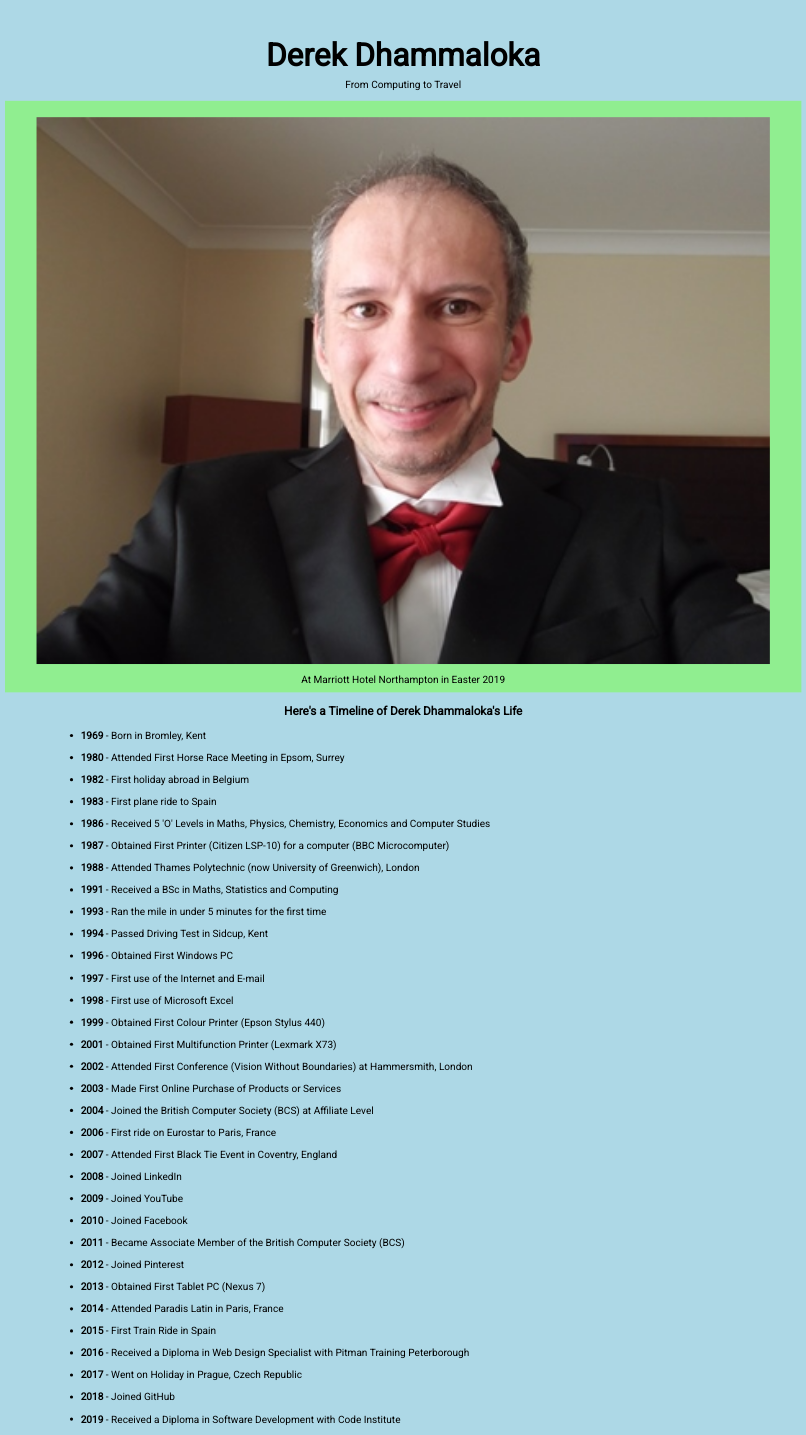
Repository: derektypist/tribute-page
Page: index.html
The author's editor kept a record of every edit. The page is drawn from the files as they stood at one moment, then again after the next edit.
The browser window is 1280 px wide. The pictures show the whole page, at 63% of full size.

Above is the page before.

### index.html
<!DOCTYPE html>
<html lang="en">

<head>
    <meta charset="UTF-8">
    <meta name="viewport" content="width=device-width, initial-scale=1.0">
    <meta http-equiv="X-UA-Compatible" content="ie=edge">
    <title>Derek Dhammaloka Tribute Page</title>
    <!-- Load Style Sheets -->
    <link href="https://fonts.googleapis.com/css?family=Roboto&display=swap" rel="stylesheet">
    <style>
        /* Main Styles */

        #main {
            font-family: "Roboto", Arial, Verdana, sans-serif;
            background-color: lightblue;
            text-align: center;
        }


        /* Title */

        #title {
            font-weight: 700;
            font-size: 50px;
            position: relative;
            top: 25px;
        }


        /* Images */

        #img-div {
            background-color: lightgreen;
            padding: 10px;
        }

        #image {
            width: 100%;
            display: block;
            height: auto;
        }

        #img-caption {
            position: relative;
            top: 15px;
        }

        /* Tribute Info */

        #tribute-info {
            text-align: left;
            margin-left: 80px;
        }
    </style>
</head>

<body id="main">
    <!-- Set Header Element -->
    <header>
        <h1 id="title">Derek Dhammaloka</h1>
        <p>From Computing to Travel</p>
    </header>

    <!-- Set Main Element -->
    <main>

        <!-- Display Image with its Caption -->
        <div id="img-div">

            <figure>
                <img src="derek.JPG" id="image" title="At Marriott Hotel Northampton in Easter 2019" alt="At Marriott Hotel Northampton in Easter 2019">
                <figcaption id="img-caption">At Marriott Hotel Northampton in Easter 2019</figcaption>
            </figure>
        </div>
        <section>
            <h3>Here's a Timeline of Derek Dhammaloka's Life</h3>
            <!-- Display Tribute Information -->
            <article id="tribute-info">
                <!-- Display Information for 1969 -->
                <ul>
                    <li><strong>1969 </strong>- Born in Bromley, Kent</li>
                </ul>

                <!-- Display Information for 1980 -->
                <ul>
                    <li><strong>1980 </strong>- Attended First Horse Race Meeting in Epsom, Surrey</li>
                </ul>

                <!-- Display Information for 1982 -->
                <ul>
                    <li><strong>1982 </strong>- First holiday abroad in Belgium</li>
                </ul>

                <!-- Display Information for 1983 -->
                <ul>
                    <li><strong>1983 </strong>- First plane ride to Spain</li>
                </ul>

                <!-- Display Information for 1986 -->
                <ul>
                    <li><strong>1986 </strong>- Received 5 'O' Levels in Maths, Physics, Chemistry, Economics and Computer Studies</li>
                </ul>

                <!-- Display Information for 1987 -->
                <ul>
                    <li><strong>1987 </strong>- Obtained First Printer (Citizen LSP-10) for a computer (BBC Microcomputer)</li>
                </ul>

                <!-- Display Information for 1988 -->
                <ul>
                    <li><strong>1988 </strong>- Attended Thames Polytechnic (now University of Greenwich), London</li>
                </ul>

                <!-- Display Information for 1991 -->
                <ul>
                    <li><strong>1991 </strong>- Received a BSc in Maths, Statistics and Computing</li>
                </ul>

                <!-- Display Information for 1993 -->
                <ul>
                    <li><strong>1993 </strong>- Ran the mile in under 5 minutes for the first time</li>
                </ul>

                <!-- Display Information for 1994 -->
                <ul>
                    <li><strong>1994 </strong>- Passed Driving Test in Sidcup, Kent</li>
                </ul>

                <!-- Display Information for 1996 -->
                <ul>
                    <li><strong>1996 </strong>- Obtained First Windows PC</li>
                </ul>

                <!-- Display Information for 1997 -->
                <ul>
                    <li><strong>1997 </strong>- First use of the Internet and E-mail</li>
                </ul>

                <!-- Display Information for 1998 -->
                <ul>
                    <li><strong>1998 </strong>- First use of Microsoft Excel</li>
                </ul>

                <!-- Display Information for 1999 -->
                <ul>
                    <li><strong>1999 </strong>- Obtained First Colour Printer (Epson Stylus 440)</li>
                </ul>

                <!-- Display Information for 2001 -->
                <ul>
                    <li><strong>2001 </strong>- Obtained First Multifunction Printer (Lexmark X73)</li>
                </ul>

                <!-- Display Information for 2002 -->
                <ul>
                    <li><strong>2002 </strong>- Attended First Conference (Vision Without Boundaries) at Hammersmith, London</li>
                </ul>

                <!-- Display Information for 2003 -->
                <ul>
                    <li><strong>2003 </strong>- Made First Online Purchase of Products or Services</li>
                </ul>

                <!-- Display Information for 2004 -->
                <ul>
                    <li><strong>2004 </strong>- Joined the British Computer Society (BCS) at Affiliate Level</li>
                </ul>

                <!-- Display Information for 2006 -->
                <ul>
                    <li><strong>2006 </strong>- First ride on Eurostar to Paris, France</li>
                </ul>

                <!-- Display Information for 2007 -->
                <ul>
                    <li><strong>2007 </strong>- Attended First Black Tie Event in Coventry, England</li>
                </ul>

                <!-- Display Information for 2008 -->
                <ul>
                    <li><strong>2008 </strong>- Joined LinkedIn</li>
                </ul>

                <!-- Display Information for 2009 -->
                <ul>
                    <li><strong>2009 </strong>- Joined YouTube</li>
                </ul>

                <!-- Display Information for 2010 -->
                <ul>
                    <li><strong>2010 </strong>- Joined Facebook</li>
                </ul>

                <!-- Display Information for 2011 -->
                <ul>
                    <li><strong>2011 </strong>- Became Associate Member of the British Computer Society (BCS)</li>
                </ul>

                <!-- Display Information for 2012 -->
                <ul>
                    <li><strong>2012 </strong>- Joined Pinterest</li>
                </ul>

                <!-- Display Information for 2013 -->
                <ul>
                    <li><strong>2013 </strong>- Obtained First Tablet PC (Nexus 7)</li>
                </ul>

                <!-- Display Information for 2014 -->
                <ul>
                    <li><strong>2014 </strong>- Attended Paradis Latin in Paris, France</li>
                </ul>

                <!-- Display Information for 2015 -->
                <ul>
                    <li><strong>2015 </strong>- First Train Ride in Spain</li>
                </ul>

                <!-- Display Information for 2016 -->
                <ul>
                    <li><strong>2016 </strong>- Received a Diploma in Web Design Specialist with Pitman Training Peterborough</li>
                </ul>

                <!-- Display Information for 2017 -->
                <ul>
                    <li><strong>2017 </strong>- Went on Holiday in Prague, Czech Republic</li>
                </ul>

                <!-- Display Information for 2018 -->
                <ul>
                    <li><strong>2018 </strong>- Joined GitHub</li>
                </ul>

                <!-- Display Information for 2019 -->
                <ul>
                    <li><strong>2019 </strong> - Received a Diploma in Software Development with Code Institute</li>
                </ul>

            </article>
        </section>
    </main>
</body>

</html>

After the next edit:
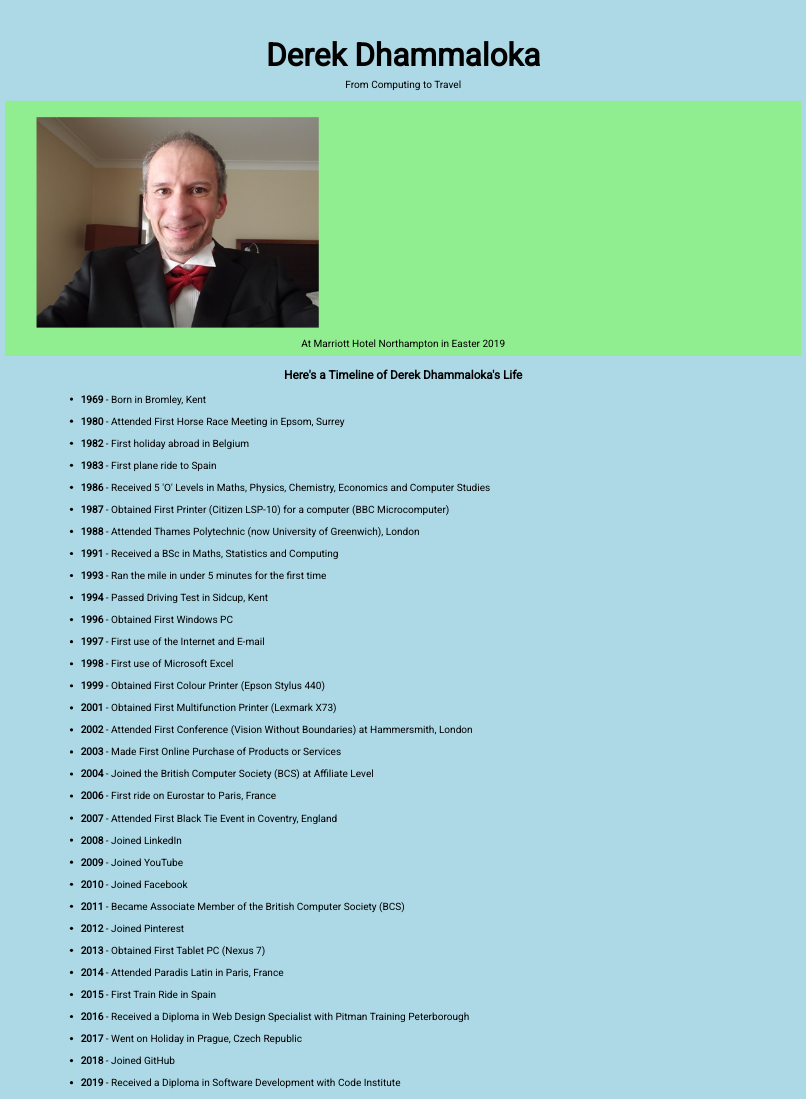
The edit:
--- a/index.html
+++ b/index.html
@@ -36,7 +36,7 @@
         }
 
         #image {
-            width: 100%;
+            max-width: 100%;
             display: block;
             height: auto;
         }
